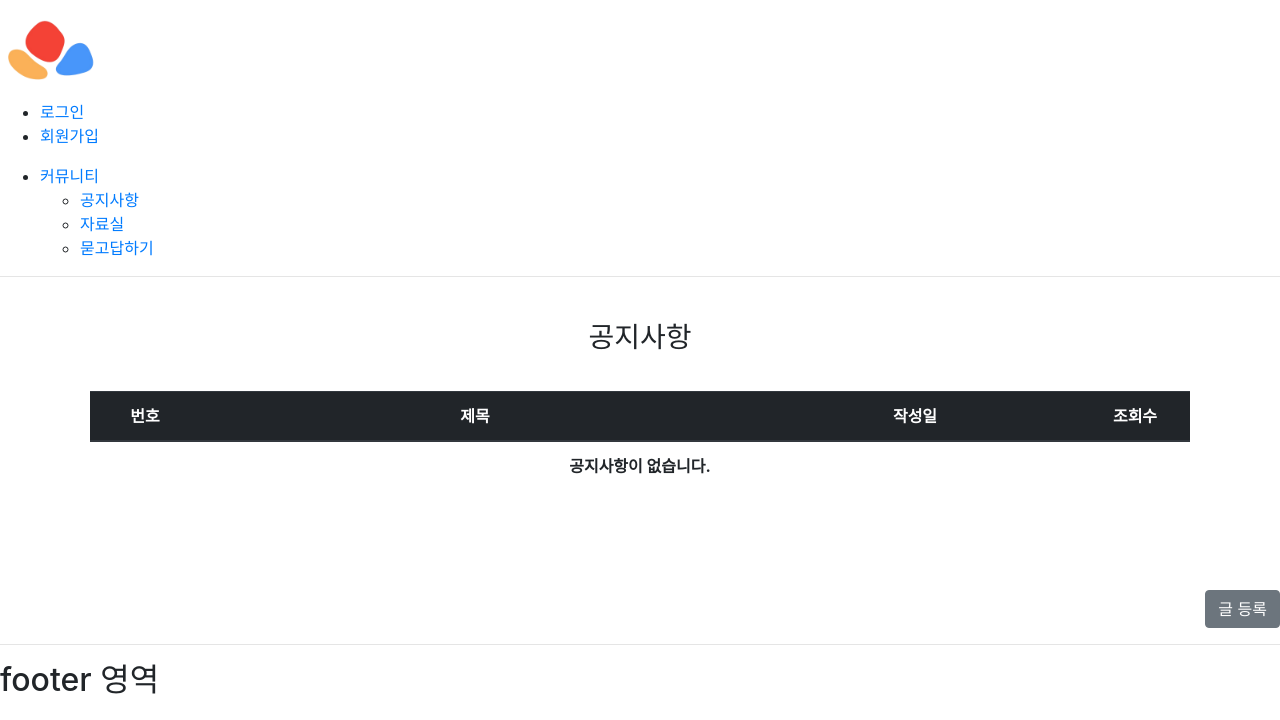
Repository: rnjsmj/pro01
Page: http://localhost/pro01/qna/noticeList.jsp
An editor plug-in stored every save of this project. The page is shown before and after the next save, followed by the edit.
The browser window is 1280 px wide. The pictures show the whole page.
The page is served by Tomcat 9. Nobody is signed in. The application's start-up code is not run. The template is opened directly, without the code that normally fills it, so the values that code supplies are empty.

Above is the page before, as saved 2024-04-11 07:12:19.

After the next save:
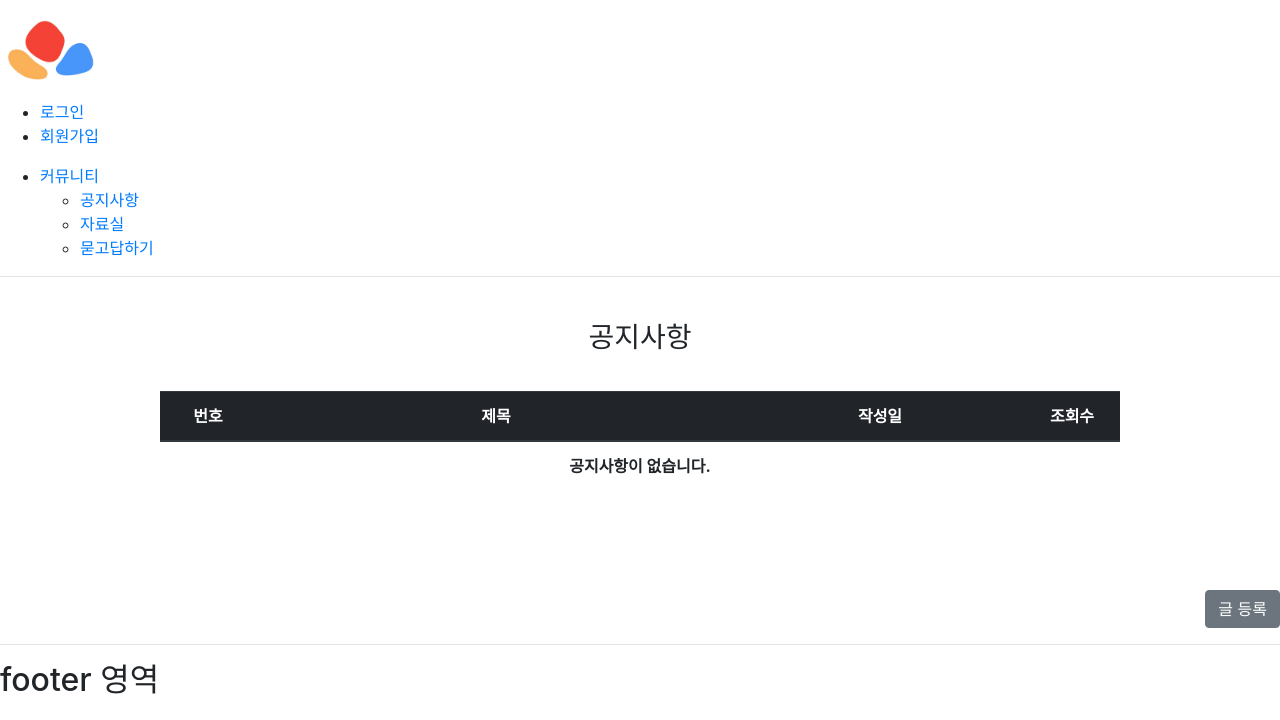
Saved 4 min 8 s later.
--- a/pro01/WebContent/qna/noticeList.jsp
+++ b/pro01/WebContent/qna/noticeList.jsp
@@ -11,7 +11,7 @@
 <%@ include file="/head.jsp" %>
 <style>
 	.title { text-align:center; padding:1em; }
-	.table {text-align:center; width:1100px; margin: 0 auto;}
+	.table {text-align:center; width:960px; margin: 0 auto;}
 	.buttons { text-align:right; }
 	.th-no {width:10%;}
 	.th-title{width:50%;}
@@ -28,7 +28,7 @@
 </div>
 <div id="contents" >
 	<section>
-		<div>
+		<div class="page" id="page1">
 			<h3 class="title">공지사항</h3>
 			<div class="div-table">
 				<table class="table">
@@ -63,18 +63,13 @@
 						</c:if>
 					</tbody>
 				</table>
+			</div>
+			<script>
 
-
-			</div>
-
+			</script>
 			<div class="buttons">
 				  <a href="${path0 }/notice/notice_ins.jsp" class="btn btn-secondary">글 등록</a>
-				</div>
-		</div>
-	</section>
-	<section class="page" id="page2">
-		<div style="width:1400px; margin:0 auto;">
-			<h3 class="page_title"></h3>
+			</div>
 		</div>
 	</section>
 </div>
